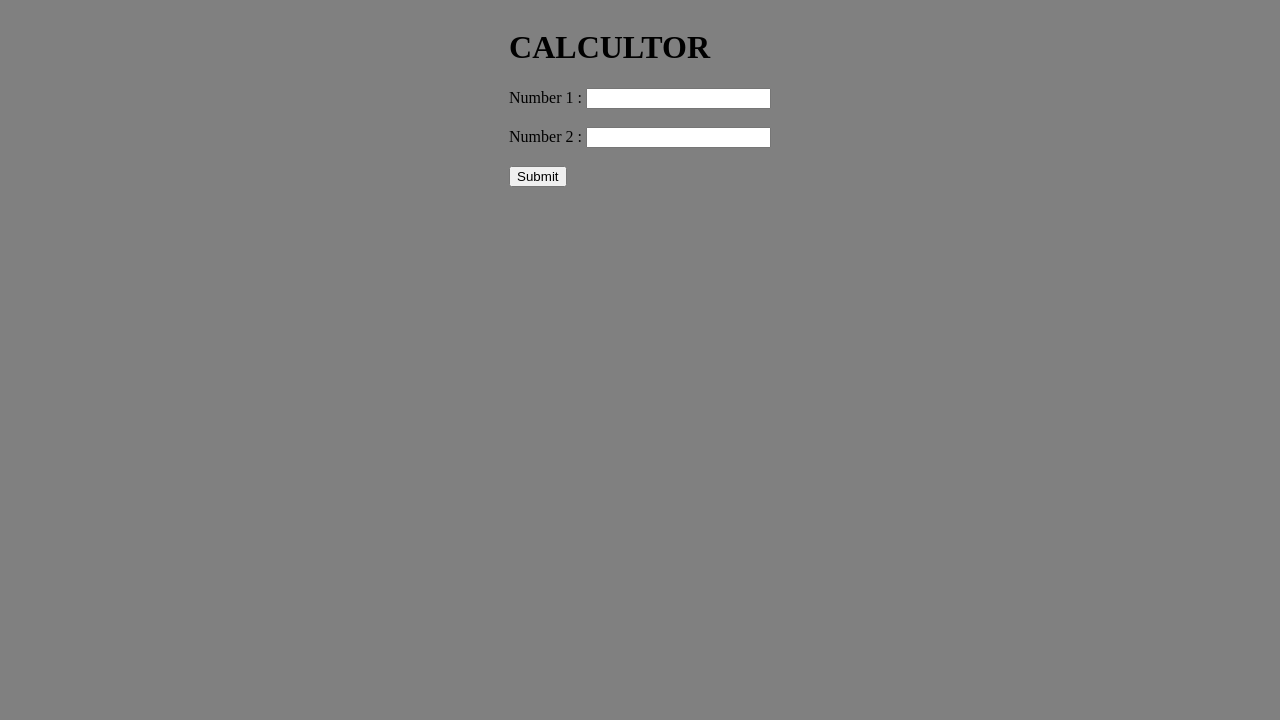
Repository: VIJAYkollu-7568/rakhi
Page: jsp/src/main/webapp/calculator.html
An editor plug-in stored every save of this project. The page is shown before and after the next save, followed by the edit.
The browser window is 1280 px wide. The pictures show the whole page.

Above is the page before, as saved 2024-11-07 10:00:45.

After the next save:
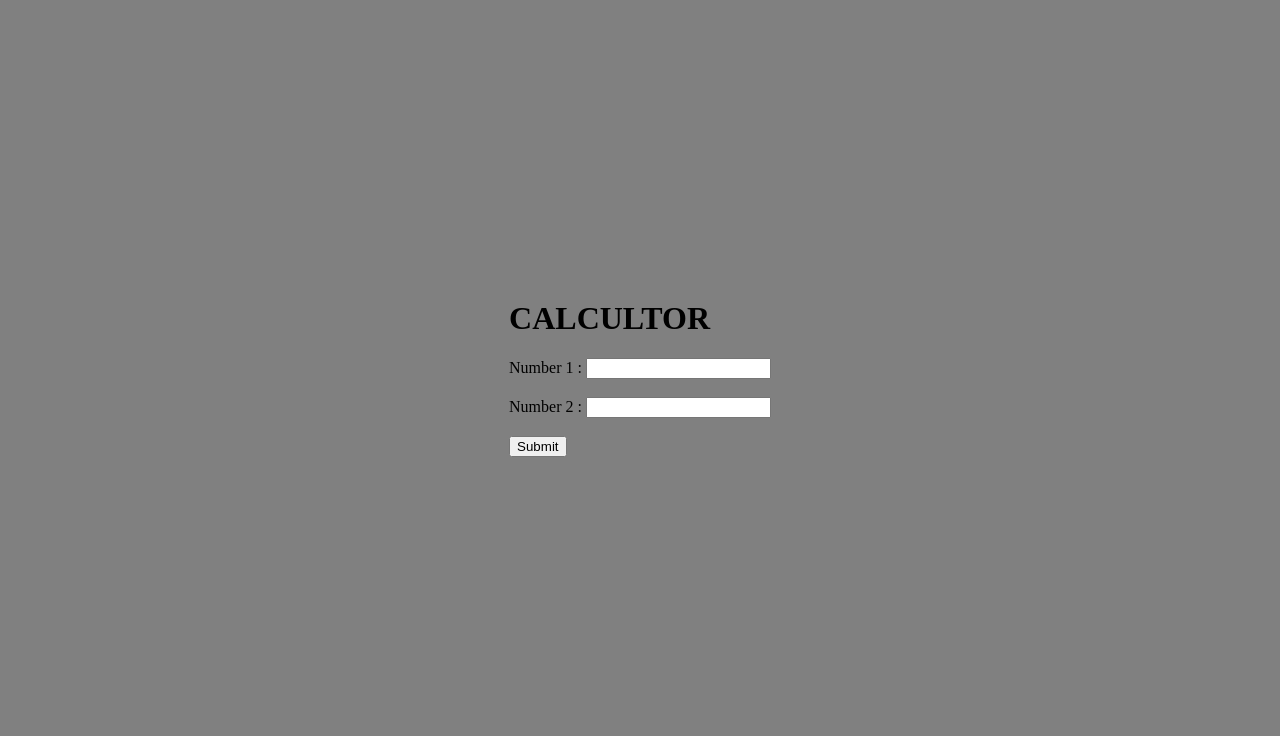
Saved 7 s later.
--- a/jsp/src/main/webapp/calculator.html
+++ b/jsp/src/main/webapp/calculator.html
@@ -11,7 +11,7 @@ display:flex;
 background-color:grey;
 align-items:center;
 justify-content:center;
-height:100;
+height:100vh;
 
 }
 
